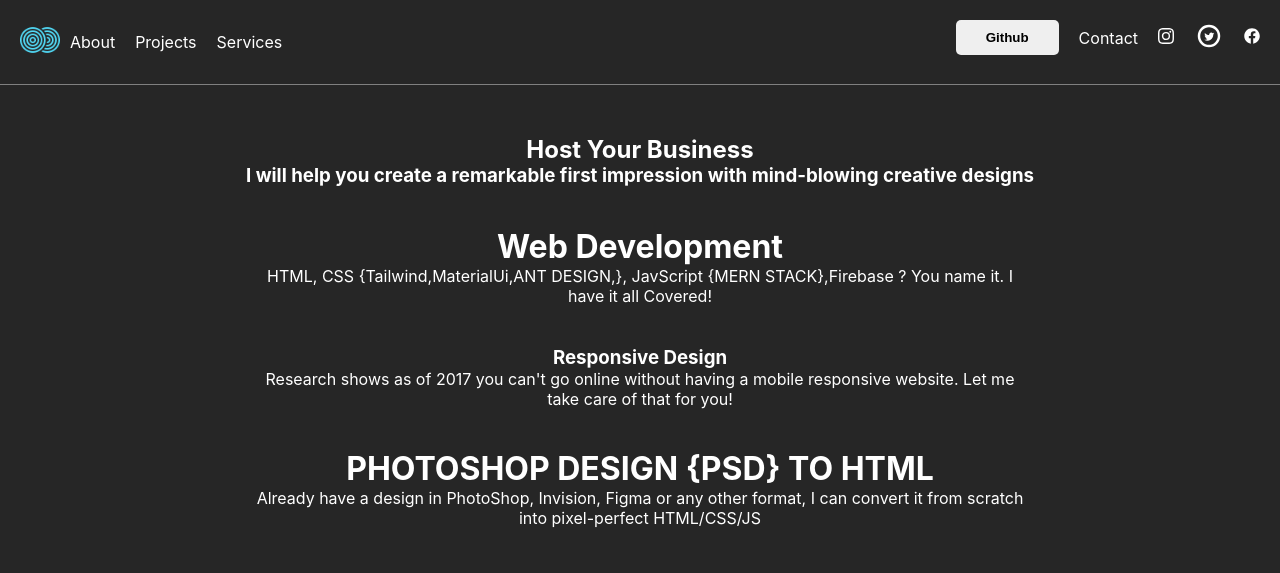
Repository: uh-sman/Portfolio
Page: /services
An editor plug-in stored every save of this project. The page is shown before and after the next save, followed by the edit.
The browser window is 1280 px wide. The pictures show the whole page.
The project was rebuilt for these pictures with package versions that can differ from the ones it lists, and the page was loaded fresh each time. Also part of the build but not shown: src/components/about.css, src/components/repositories.css, src/components/repositories.js, src/components/RepositoriesCard.jsx, src/components/About.jsx, src/components/projects.css, src/components/Projects.jsx.

Above is the page before, as saved 2022-11-28 20:44:31.

### src/index.js
import React from "react";
import ReactDOM from "react-dom/client";
import { BrowserRouter } from "react-router-dom";
import "./index.css";
import App from "./App";

const root = ReactDOM.createRoot(document.getElementById("root"));
root.render(
  <BrowserRouter>
    <React.StrictMode>
      <App />
    </React.StrictMode>
  </BrowserRouter>
);

### src/App.js
import "./App.css";
import { Index } from "./components/index";
import { Route, Routes } from "react-router-dom";
import About from "./components/About";
import "animate.css";
import Projects from "./components/Projects";
import Services from "./components/Services";
// import Services from "./components/Services";
function App() {
  return (
    <div className="App">
      <Index />
      <Routes>
        <Route path="/" element={<About />} />
        <Route path="/projects" element={<Projects />} />
        <Route path="/services" element={<Services />} />
      </Routes>
    </div>
  );
}

export default App;

### src/App.css
* {
  margin: 0px;
  padding: 0px;
  box-sizing: border-box;
  text-decoration: none;
  list-style: none;
}
body {
  /* background: rgb(2, 0, 36);
  background: linear-gradient(
    90deg,
    rgba(2, 0, 36, 1) 0%,
    rgba(4, 14, 33, 1) 90%,
    rgba(5, 52, 61, 1) 100%
  ); */
  background: #262626;
}

### src/components/index.js
import React from "react";
import { Navbar } from "./Navbar";
import { Route, Routes } from "react-router-dom";
export const Index = () => {
  return (
    <div>
      <Navbar />
    </div>
  );
};

### src/components/Services.jsx
import React from "react";
import "./services.css";
const Services = () => {
  return (
    <div>
      <div className="containers">
        <section className="header">
          <h1>Host Your Business</h1>
          <h3>
            I will help you create a remarkable first impression with
            mind-blowing creative designs
          </h3>
        </section>
        <div className="sections">
          <div className="head">
            <h1></h1>
            <h1>Web Development</h1>
            <text>
              <p>
                HTML, CSS{" {Tailwind,MaterialUi,ANT DESIGN,}"}, JavScript
                {" {MERN STACK}"},Firebase ? You name it. I have it all Covered!
              </p>
            </text>
          </div>
          <div>
            <h1></h1>
            <h3>Responsive Design</h3>
            <text>
              <p>
                Research shows as of 2017 you can't go online without having a
                mobile responsive website. Let me take care of that for you!
              </p>
            </text>
          </div>
          <div>
            <h1></h1>
            <h1>PHOTOSHOP DESIGN {" {PSD}"} TO HTML</h1>
            <text>
              <p>
                Already have a design in PhotoShop, Invision, Figma or any other
                format, I can convert it from scratch into pixel-perfect
                HTML/CSS/JS
              </p>
            </text>
          </div>
        </div>
      </div>
    </div>
  );
};

export default Services;
// Looking for a reliable and efficient

### src/components/Navbar.jsx
import React, { useState } from "react";
import { Link } from "react-router-dom";
import logo from "../assets/ico.png";
import "./navbar.css";
import { Profile } from "./Profile";
export const Navbar = () => {
  const [active, isActive] = useState(false);
  // const [activeLink, setActiveLink] = useState(true);
  // const clickedLink = ["teal"];
  // const clicked = document.querySelector("nav-list");

  // btn.addEventListener("click", () => {
  //   document.body.style.borderBottomColor = clickedLink;
  // });
  // for (var i = 0; i < activeLink.length; i++)
  // Get the container element
  // const activeLink = document.querySelector("nav-list");
  // const style = {
  //   backgroundColor: "red",
  //   width: "100%",
  //   height: "100%",
  // };
  // Get all buttons with class="btn" inside the container
  // const btnActive = activeLink.getElementsByClassName("btn");
  // Loop through the buttons and add the active class to the current/clicked button
  // for (var i = 0; i < btnActive.length; i++) {
  //   btnActive[i].addEventListener("click", function () {
  //     var currentMode = document.getElementsByClassName("active");
  //     currentMode[0].className = currentMode[0].className.replace("active", "");
  //     this.className += "active";
  //   });
  // }
  // activeLink.addEventListener()
  return (
    <div>
      <nav className="navbar-container">
        <div className="navbar">
          <div className="navbar-nav">
            <div>
              <a>
                <img src={logo} className="logo" />
              </a>
            </div>
            <ul className="nav-list">
              <Link to="/">
                <a href="">About</a>
              </Link>

              <Link to="/projects">
                <a href="">Projects</a>
              </Link>
              <Link to="/services" className="btn">
                <a href="">Services</a>
              </Link>
            </ul>
          </div>
          <div>
            <Profile />
          </div>
        </div>
      </nav>
    </div>
  );
};

### src/components/services.css
.sections {
  display: flex;
  flex-direction: column;
  width: 60%;
  gap: 40px;
}
.header {
}
.containers {
  padding-top: 50px;
  color: white;
  text-align: center;
  gap: 40px;
  display: flex;
  flex-direction: column;
  justify-content: center;
  margin: auto;
  align-items: center;
}

### src/components/navbar.css
.nav-list {
  display: flex;
  align-items: center;
  gap: 20px;
}
active,
.nav-list {
}
.nav-list a {
  color: white;
}
.navbar {
  margin: 20px 20px;
  display: flex;
  justify-content: space-between;
}
.navbar-nav {
  display: flex;
  gap: 10px;
}
.logo {
  width: 40px;
  height: 40px;
  color: white;
}
.navbar-container {
  border-bottom: 0.5px solid gray;
}
/* .btn {
  border: transparent;
  outline: none;
  background: rgba(2, 0, 36, 1) 0%;
} */
/* .active, */
/* .btnSelect:hover {
  border: none;
  border-bottom: 1px solid lightblue;
  cursor: pointer;
} */

@media only screen and (min-width: 200px) and (max-width: 950px) {
  .nav-list {
    display: none;
  }
}

### src/components/Profile.js
import React, { useState } from "react";
import { SiFacebook } from "react-icons/si";
import { FaWhatsapp, FaFacebook, FaRegWindowClose } from "react-icons/fa";
import { TiSocialTwitterCircular } from "react-icons/ti";
import { Link } from "react-router-dom";
import { BsInstagram } from "react-icons/bs";
import burger from "../assets/burger-menu.png";
import close from "../assets/icons8.png";

import "animate.css";
import "./profile.css";
export const Profile = () => {
  const [isActive, setIsActive] = useState(false);
  const style = {
    position: "fixed",
    top: "0",
    bottom: "0",
    right: "0",
    background: "white",
    width: "300px",
    listStyle: " none",
    padding: "20px",
    display: "flex",
    flexDirection: "column",
    transform: `${(props) =>
      props.show ? "translateX(0)" : "translateX(100%)"}`,
    textAlign: "start",

    transition: "transform 0.3s ease-in",
  };

  return (
    <div>
      <div>
        <section className="profile-section ">
          <button className="button">
            <a>Github</a>
          </button>
          <a>Contact</a>
          <a>
            <BsInstagram />
          </a>
          <a>
            <TiSocialTwitterCircular className="twitter" />
          </a>
          <a>
            <FaFacebook />
          </a>
        </section>
        {isActive ? (
          <div className="sidebar-container">
            <div>
              <FaRegWindowClose
                className="close"
                onClick={() => setIsActive(!isActive)}
              />
              {/* <img src={close} /> */}
            </div>
            <section className="sidebar-section ">
              <ul className="links">
                <Link to="/">
                  <a href="">About</a>
                </Link>
                <Link to="/projects">
                  <a href="">Projects</a>
                </Link>
                <Link to="/services">
                  <a href="">Services</a>
                </Link>
                <button className="button">
                  <a className="link">Github</a>
                </button>
                <a>Contact</a>
              </ul>
              <ul className="link-icons">
                <a>
                  <BsInstagram className="instagram" />
                </a>
                <a>
                  <TiSocialTwitterCircular className="twitter" />
                </a>
                <a>
                  <FaFacebook className="facebook" />
                </a>
              </ul>
            </section>
          </div>
        ) : (
          <div>
            <img
              src={burger}
              className="burger-menu"
              onClick={() => setIsActive(!isActive)}
            />
          </div>
        )}
      </div>
    </div>
  );
};

### src/components/profile.css
.profile-section {
  display: flex;
  gap: 20px;
  align-items: center;
  color: white;
}
.links {
  display: flex;
  flex-direction: column;
  /* display: flex; */
  align-items: center;
  gap: 20px;
}
.links a {
  color: white;
}
.sidebar-container {
  /* display: inline-block; */
  /* margin: 0 0.5rem; */
  /* animation: slideInRight 2s; */
  /* animation-duration: 2s; */
  border-top-left-radius: 10px;
  border-bottom-left-radius: 10px;
  height: 100%;
  width: 40%;
  top: 0px;
  right: 0px;
  background-color: #222222;
  position: fixed;
}
.burger-menu {
  width: 30px;
  height: 30px;
}
.close {
  color: white;
  width: 30px;
  height: 30px;
  margin-left: 10px;
  margin-top: 4px;
}
.close:hover {
  cursor: pointer;
}
.button {
  padding: 10px 30px;
  box-shadow: gray;
  border: none;
  font-weight: 700;
  border-radius: 5px;
}
.button:hover {
  cursor: pointer;
}
.button a {
  color: black;
}
.link-icons {
  margin-top: 20px;
  display: flex;
  align-items: center;
  gap: 10px;
}
.instagram {
  font-size: 20px;
}
.facebook {
  font-size: 20px;
}
.twitter {
  font-size: 30px;
}

@media only screen and (min-width: 200px) and (max-width: 950px) {
  .profile-section {
    display: none;
  }
}
@media only screen and (min-width: 950px) {
  .burger-menu {
    display: none;
  }
}
.sidebar-section {
  margin-top: 40%;
  justify-content: center;
  display: flex;
  flex-direction: column;
  align-items: center;
  color: white;
}
/* animate__slideInRight */

Loaded but not shown: public/index.html (common file); src/index.css (common file)

After the next save:
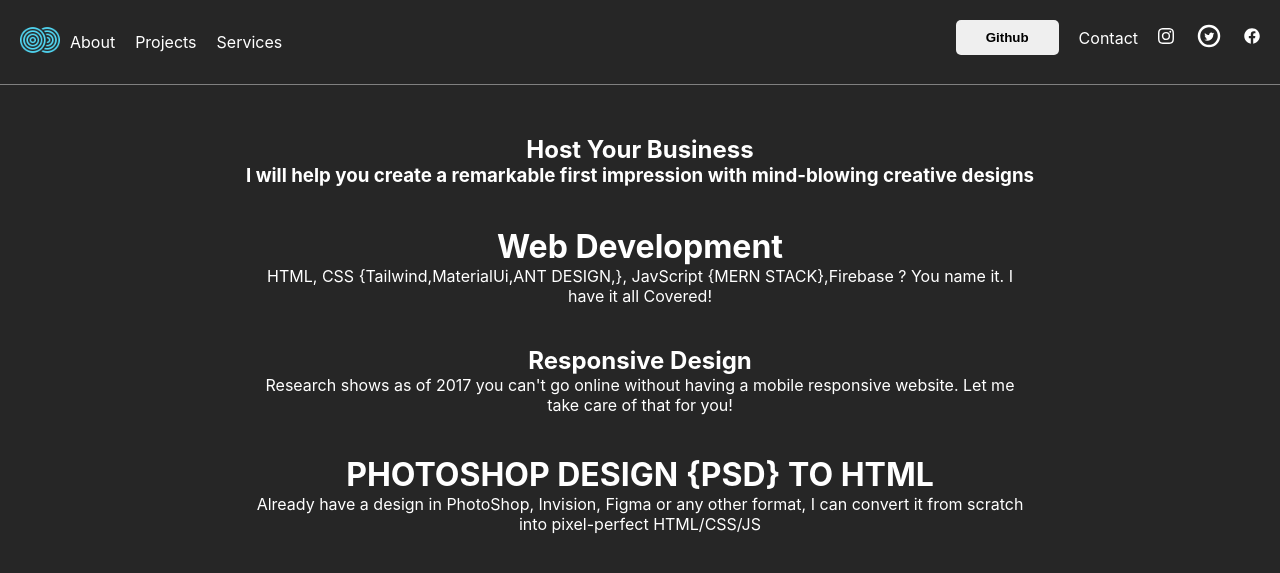
Saved 6 s later.
--- a/src/components/Services.jsx
+++ b/src/components/Services.jsx
@@ -24,7 +24,7 @@ const Services = () => {
           </div>
           <div>
             <h1></h1>
-            <h3>Responsive Design</h3>
+            <h2>Responsive Design</h2>
             <text>
               <p>
                 Research shows as of 2017 you can't go online without having a
